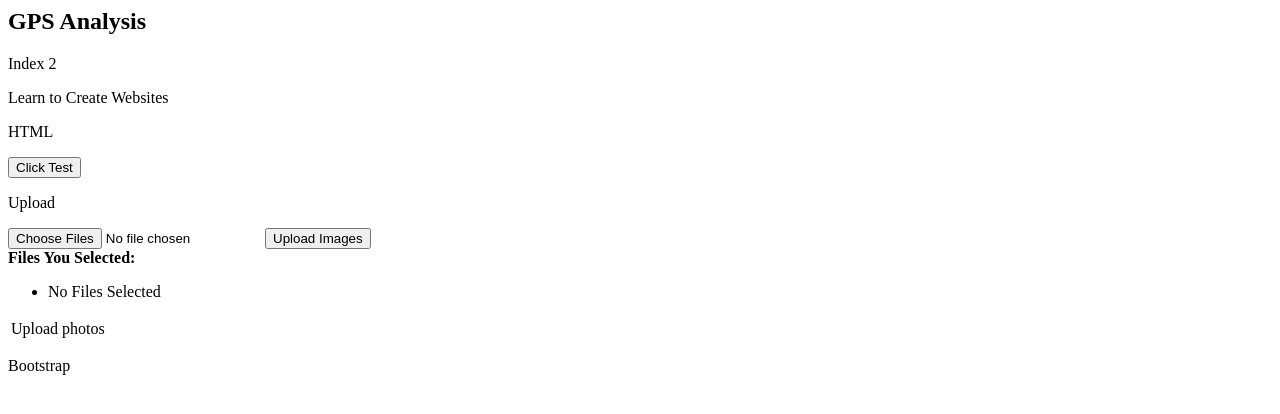
Repository: hanjangchen/Raspberry
Page: prjGAEGPSAnalysis/prjGPSAnalysis/src/static/my_ng_templates/desktop/index_data_analysis.html
These files come from the project's save history. The page is drawn as it stood at one moment and after the next save; the edit follows.
The browser window is 1280 px wide. The pictures show the whole page.

Above is the page before, as saved 2014-11-02 21:17:00.
Console error: ReferenceError: $ is not defined

### prjGAEGPSAnalysis/prjGPSAnalysis/src/static/my_ng_templates/desktop/index_data_analysis.html
<!-- sub-template for index page -->
<div>
	<h2>GPS Analysis</h2>
	<my-index-gps-data>
	<p>Index 2</p>
	</my-index-gps-data>
</div>

<!-- content block -->
<div class="container-fluid" ng-controller = "myIndexTwoCtrl as ctrl">
	<div class="jumbotron">
		<p>Learn to Create Websites</p>
	</div>
	<div class="row">
		<div class="col-xs-4 col-sm-4 col-md-4 col-lg-4 ">
			<p>HTML</p>
			<input type="button" value="Click Test" ng-click= "ctrl.upload_img_to_blobstore()" >
		</div>
		<div class="col-xs-4 col-sm-4 col-md-4 col-lg-4">
			<p>Upload</p>

			<section>
				<input type="file" id="images_for_upload" name="images_for_upload"
					multiple="true" value="Add Images" accept="image/*"
					required="required"> <input type="button" id="btn_upload"
					value="Upload Images">
			</section>
			<section>
				<strong>Files You Selected:</strong>
				<ul id="files_list">
					<li>No Files Selected</li>
				</ul>
			</section>
			<section>
				<table id="photo_table">
					<tr>
						<td id="addbirdphoto">Upload photos</td>
					</tr>
				</table>
			</section>
		</div>
		<div class="col-xs-4 col-sm-4 col-md-4 col-lg-4">
			<p>Bootstrap</p>
		</div>
	</div>
</div>

<!-- js libs -->
<script type="text/javascript" src="/js/plugin_mis/numeric-1.2.6.min.js"></script>
<script type="text/javascript" src="/js/plugin_mis/particle_swarm_optimization.js"></script>
<script type="text/javascript" src="/js/index_2.js"></script>

### prjGAEGPSAnalysis/prjGPSAnalysis/src/static/javascripts/plugin_mis/particle_swarm_optimization.js
/*
 *  Particles Swarm Optimization
 *  This is a standard PSO to find out optimal solution through out the stochastic spaces
 *  PS: Current test function is (0.007 * x_1 * (-x_2 -1)) * ( cos(x_1 + 0.3) - sin(x_2))+(1 - sin(x_1)) and the optimal value is around -1.798
 * */

var particles_swarm_optimization = {

		// configuration
		config : {
			parameters_range : [[-15, -15],[15, 15]], // ranges of particles;
														// row 1 represent low
														// boundary and row 2
														// represent up boundary
			particles_size : 60, // size of particles swarm
			iteration : 50, // iteration number
			max_min_factor : -1, // 1 means to find max; -1 means to find min
			Emax : Number.MAX_VALUE, // maximum value
			Emin : -Number.MAX_VALUE, // minimum value
			Type : 0, // 0 for real number; 1 for integer

			c1 : 2.05, // cognitive parameter (original value; would be
						// replaced by linear change)
			c2 : 4.1 - 2.05, // c2 = 4.1 - c1 // social parameter (original
								// value; would be replaced by linear change)
			constriction_factor : 0.729, // constrain factor

			diff_of_ranges : [], // ranges of each parameter (from low
									// boundary to up boundary)
			up_boundaries : [], //
			low_boundaries : [], // low boundary

			particles_values : [], // values set of particles
			particles_initial_values : [], // initial values set of particles

			particles_velocity : [], // velocity set of particles
			particles_initial_velocity : [], // can be zero or certain
												// reasonable values based on
												// each particle range

			performance_index_set : [], // performance index set
			performance_initial_index_set : [], // initial performance index set

			learning_rate : 0, // learning rate
			learning_rate_self_param_min : 0.4, // minimum learning rate of
												// particle itself
			learning_rate_self_param_max : 0.9, // maximum learning rate of
												// particle itself
			learning_rate_cognitive_min : 1.9, // minimum learning rate of
												// cognitive parameter
			learning_rate_cognitive_max : 2.1, // maximum learning rate of
												// cognitive parameter
			learning_rate_cognitive : 0,
			learning_rate_social : 0,
			learning_rate_self : 0,

			min_cost : 0, // minimum cost
			min_cost_set : [],
			mean_cost : 0, // mean value
			mean_cost_set : [],
			RMS_cost : 0, // root-mean-square cost
			RMS_cost_set : [],

			local_optimal : 0, // local optimal
			index_local_optimal : 0, // index of global optimal in particles
										// set
			global_optimal : 0, // global optimal
			index_global_optimal : 0, // index of global optimal
			local_optimal_value_set : [],
			local_optimal_particles_set : [],
			global_optimal_value_set : [],
			global_optimal_particles_set : [],

		},

		// initialization function
		init_pso : function(){
			/* new */
			this.config.low_boundaries = this.config.parameters_range[0];
			this.config.up_boundaries = this.config.parameters_range[1];
			this.config.diff_of_ranges = numeric.sub(this.config.up_boundaries, this.config.low_boundaries);

			// init particles' values
			this.config.particles_values = numeric.random([this.config.particles_size, this.config.parameters_range[0].length]);
			this.config.particles_values = numeric.dotMMbig(this.config.particles_values, [[this.config.diff_of_ranges[0], 0], [0, this.config.diff_of_ranges[1]]]);
			var temp_low_boundaries_matrix = numeric.rep([this.config.particles_size], this.config.low_boundaries);
			this.config.particles_values = numeric.add(this.config.particles_values, temp_low_boundaries_matrix);

			// init particles velocity
			this.config.particles_velocity = numeric.rep([this.config.particles_size], [0, 0]);

			// evaluate init particles set
			for(var ith = 0; ith < this.config.particles_size; ith++){
				temp_particle_values = this.config.particles_values[ith];

				var performance_index = (0.007 * temp_particle_values[0] * (-temp_particle_values[1]-1)) * (Math.cos(temp_particle_values[0]+0.3) - Math.sin(temp_particle_values[1]))+(1-Math.sin(temp_particle_values[0]));
				if (performance_index > this.config.Emax){
					performance_index = this.config.Emax;
				}
				if (performance_index < this.config.Emin){
					performance_index = this.config.Emin;
				}
				this.config.performance_initial_index_set.push(performance_index);
			}

			// update optimal
			var temp_cost = numeric.mul(- this.config.max_min_factor, this.config.performance_initial_index_set);
			this.config.min_cost = Math.min.apply(Math, temp_cost);
			this.config.min_cost_set = numeric.rep([this.config.particles_size], this.config.min_cost);
			this.config.global_optimal = this.config.min_cost;
			var temp_min_index = temp_cost.indexOf(this.config.min_cost);
			var temp_optimal_particle = this.config.particles_values[temp_min_index];

			this.config.local_optimal_particles_set = numeric.rep([this.config.particles_size], temp_optimal_particle);
			this.config.global_optimal_particles_set = this.config.local_optimal_particles_set;
			this.config.local_optimal_value_set = numeric.rep([this.config.particles_size], this.config.min_cost);

			this.config.mean_cost = numeric.sum(temp_cost) / this.config.particles_size;

		},

		// go through iteration
		go_iteration : function(){
			for(var ith = 0; ith < this.config.iteration; ith++ ){
				this.config.learning_rate_self = this.config.learning_rate_self_param_max - (this.config.learning_rate_self_param_max - this.config.learning_rate_self_param_min) * (ith + 1) / this.config.iteration;

				this.config.learning_rate_cognitive = this.config.learning_rate_cognitive_max - (this.config.learning_rate_cognitive_max - this.config.learning_rate_cognitive_min) * (ith + 1) / this.config.iteration; //
				this.config.learning_rate_social = 4.1 - this.config.learning_rate_cognitive;

				var random_factor_cognitive = numeric.random([this.config.particles_size, this.config.parameters_range[0].length]);
				var random_factor_social = numeric.random([this.config.particles_size, this.config.parameters_range[0].length]);

				var temp_updated_velocity = [];
				var updated_self_learning_rate = numeric.mul(this.config.learning_rate_self, this.config.particles_velocity);

				var updated_cognitive_learning_rate = numeric.sub(this.config.local_optimal_particles_set, this.config.particles_values );
				updated_cognitive_learning_rate = numeric.mul(this.config.learning_rate_cognitive, random_factor_cognitive, updated_cognitive_learning_rate);

				var updated_social_learning_rate = numeric.sub(this.config.global_optimal_particles_set, this.config.particles_values);
				updated_social_learning_rate = numeric.mul(this.config.learning_rate_social, random_factor_social, updated_social_learning_rate);

				temp_updated_velocity = numeric.add(updated_self_learning_rate, updated_cognitive_learning_rate, updated_social_learning_rate);

				// update velocity
				this.config.particles_velocity = numeric.mul(this.config.constriction_factor, temp_updated_velocity);


				// update particles' values
				this.config.particles_values = numeric.add(this.config.particles_values, this.config.particles_velocity);


				// find out values outside boundaries
				var low_boundaries_set = numeric.rep([this.config.particles_size], this.config.low_boundaries);
				var up_boundaries_set = numeric.rep([this.config.particles_size], this.config.up_boundaries);

				var outside_min_boundary = numeric.leq(this.config.particles_values, low_boundaries_set);
				var not_outside_min_boundary = numeric.not(outside_min_boundary);
				var min_replaced_values = numeric.mul(outside_min_boundary, low_boundaries_set);
				var min_original_values = numeric.mul(not_outside_min_boundary, this.config.particles_values);

				this.config.particles_values = numeric.add(min_replaced_values, min_original_values);

				var outside_max_boundary = numeric.geq(this.config.particles_values, up_boundaries_set);
				var not_outside_max_boundary = numeric.not(outside_max_boundary);
				var max_replaced_values = numeric.mul(outside_max_boundary, up_boundaries_set);
				var max_original_values = numeric.mul(not_outside_max_boundary, this.config.particles_values);

				this.config.particles_values = numeric.add(max_replaced_values, max_original_values);

				// evaluate performance
				var temp_particle_values = 0;
				this.config.performance_index_set = [];
				for(var jth = 0; jth < this.config.particles_size; jth++){
					temp_particle_values = this.config.particles_values[jth];

					var performance_index = (0.007 * temp_particle_values[0] * (-temp_particle_values[1] - 1)) * (Math.cos(temp_particle_values[0] + 0.3) - Math.sin(temp_particle_values[1])) + (1 - Math.sin(temp_particle_values[0]));
					if (performance_index > this.config.Emax){
						performance_index = this.config.Emax;
					}
					if (performance_index < this.config.Emin){
						performance_index = this.config.Emin;
					}
					this.config.performance_index_set.push(performance_index);
				}

				//
				var temp_cost_set = numeric.mul(- this.config.max_min_factor, this.config.performance_index_set);


				var temp_better_cost_set = numeric.lt(temp_cost_set, this.config.local_optimal_value_set);
				var not_temp_better_cost_set = numeric.not(temp_better_cost_set);
				var replaced_cost_set = numeric.mul(temp_better_cost_set, temp_cost_set);
				var original_cost_set = numeric.mul(not_temp_better_cost_set, this.config.local_optimal_value_set);
				this.config.local_optimal_value_set = numeric.add(replaced_cost_set, original_cost_set);

				var better_cost_set = numeric.transpose([temp_better_cost_set, temp_better_cost_set]);
				better_cost_set = numeric.mul(better_cost_set, this.config.particles_values);
				var not_better_cost_set = numeric.transpose([not_temp_better_cost_set, not_temp_better_cost_set]);
				not_better_cost_set = numeric.mul(not_better_cost_set, this.config.local_optimal_particles_set);
				this.config.local_optimal_particles_set = numeric.add(better_cost_set, not_better_cost_set);


				var temp_optimal = Math.min.apply(Math, this.config.local_optimal_value_set);
				var temp_optimal_index = this.config.local_optimal_value_set.indexOf(temp_optimal);
				var pre_global_optimal = this.config.global_optimal;
				if (temp_optimal < this.config.global_optimal){
					this.config.global_optimal = temp_optimal;
					this.config.global_optimal_particles_set = numeric.rep([this.config.particles_size], this.config.particles_values[temp_optimal_index]);

					if (Math.abs(temp_optimal - pre_global_optimal) < numeric.epsilon){
						break;
					}
				}
			}
		},

		// start optimization
		start_optimization : function(){
			this.init_pso();
			this.go_iteration();
			console.log(JSON.stringify(this.config.global_optimal,2,2));
		}
}

// test
particles_swarm_optimization.start_optimization();

### prjGAEGPSAnalysis/prjGPSAnalysis/src/static/javascripts/index_2.js
(function(){
	/* JQuery */
	$('#images_for_upload')
			.change(
					function() {

						var input = document.getElementById("images_for_upload");
						var ul = document.getElementById("files_list");
						var toolarge = "";
						var maxsize = 1024000;
						while (ul.hasChildNodes()) {
							ul.removeChild(ul.firstChild);
						}
						for ( var i = 0; i < input.files.length; i++) {

							if (input.files[i].size > maxsize) {
								toolarge += input.files[i].name + "\n";
							} else {
								var li = document.createElement("li");
								li.innerHTML = input.files[i].name;
								ul.appendChild(li);
							}

						}
						if (!ul.hasChildNodes()) {
							var li = document.createElement("li");
							li.innerHTML = 'No Files Selected';
							ul.appendChild(li);
						}

						//
						if (toolarge != "") {
							alert("These images were not uploaded due to size limit of 1MB\n"
									+ toolarge);
						}
					});

	$('#btn_upload').click(function() {
		var input = document.getElementById("images_for_upload");
		var maxsize = 1024000;

		if (input.files.length <= 0) {
			alert('No data for upload');
		} else {
			for ( var i = 0; i < input.files.length; i++) {

				if (input.files[i].size < maxsize) {
					var data = new FormData();
					data.append("image_for_upload", input.files[i]);
					//
					send_imgs(data);
				}
			}
		}
	});

	function send_imgs(filedata) {
		$.ajax({
			url : upload_url,
			data : filedata,
			cache : false,
			contentType : false,
			processData : false,
			type : 'POST',
			success : function(receiveddata) {
				var data = JSON.parse(receiveddata);
				imagelinks = data['img_urls'];
				console.log(imagelinks);
				for ( var i = 0; i < imagelinks.length; i++) {
					$('#photo_table').append(
							'<tr><td><img src='+imagelinks[i]+'></td></tr>');
				}
			}
		});

	}
})();

Loaded but not shown: prjGAEGPSAnalysis/prjGPSAnalysis/src/static/javascripts/plugin_mis/numeric-1.2.6.min.js (library)

After the next save:
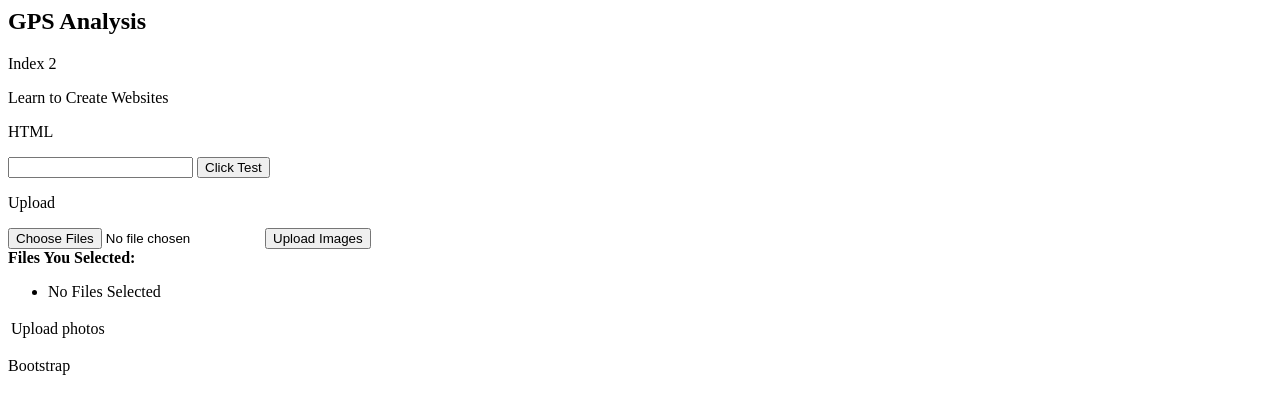
Saved 18 min 6 s later.
--- a/prjGAEGPSAnalysis/prjGPSAnalysis/src/static/my_ng_templates/desktop/index_data_analysis.html
+++ b/prjGAEGPSAnalysis/prjGPSAnalysis/src/static/my_ng_templates/desktop/index_data_analysis.html
@@ -14,6 +14,7 @@
 	<div class="row">
 		<div class="col-xs-4 col-sm-4 col-md-4 col-lg-4 ">
 			<p>HTML</p>
+			<input type="text" ng-model="">
 			<input type="button" value="Click Test" ng-click= "ctrl.upload_img_to_blobstore()" >
 		</div>
 		<div class="col-xs-4 col-sm-4 col-md-4 col-lg-4">
